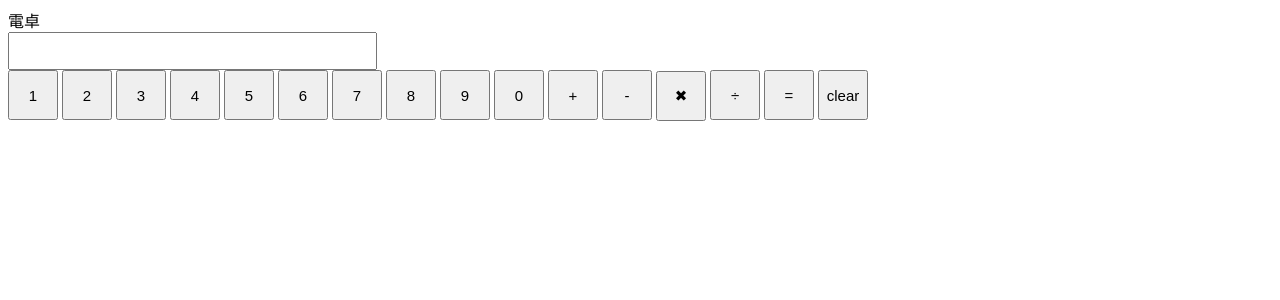
Repository: U-dias/work3
Page: 実践課題(電卓)/index.html
The author's editor kept a record of every edit. The page is drawn from the files as they stood at one moment, then again after the next edit.
The browser window is 1280 px wide. The pictures show the whole page.

Above is the page before.

### 実践課題(電卓)/index.html
<!DOCTYPE html>
 <meta charset="utf-8">
 <html>
  <link rel="stylesheet" href="main.css">
  <body>
 <div>電卓</div>
 <input style="font-size: 28px; text-align: right;"/><br />
 <script>
   function update(_v){
     document.querySelector('input').value = _v
   }
   function append(_v){
     document.querySelector('input').value += _v
   }
   function calc(){
        const v = document.querySelector( 'input' ).value
        try{
        const f = new Function( 'return ' + v )
        update( f().toString() )}
        catch( _error){
          update( _error)
        }
}
 </script>
 <button onclick="append('1')">1</button>
 <button onclick="append('2')">2</button>
 <button onclick="append('3')">3</button>
 <button onclick="append('4')">4</button>
 <button onclick="append('5')">5</button>
 <button onclick="append('6')">6</button>
 <button onclick="append('7')">7</button>
 <button onclick="append('8')">8</button>
 <button onclick="append('9')">9</button>
 <button onclick="append('0')">0</button>

 <button onclick="append('+')">+</button>
 <button onclick="append('-')">-</button>
 <button onclick="append('*')">✖︎</button>
 <button onclick="append('/')">÷</button>

 <button onclick="calc()">=</button>

 <button onclick="update(' ')">clear</button>
 </body></html>

### 実践課題(電卓)/main.css
button {
  width:50px;
  height:50px;
  font-size:15px;
}

After the next edit:
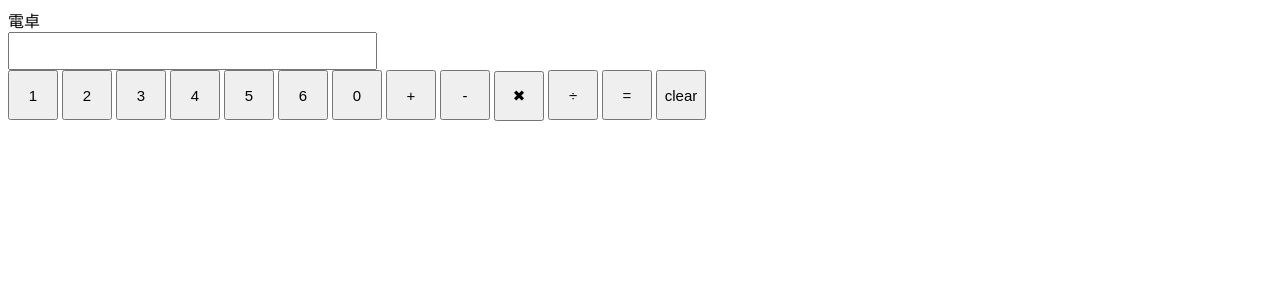
The edit:
--- a/実践課題(電卓)/index.html
+++ b/実践課題(電卓)/index.html
@@ -28,9 +28,6 @@
  <button onclick="append('4')">4</button>
  <button onclick="append('5')">5</button>
  <button onclick="append('6')">6</button>
- <button onclick="append('7')">7</button>
- <button onclick="append('8')">8</button>
- <button onclick="append('9')">9</button>
  <button onclick="append('0')">0</button>
 
  <button onclick="append('+')">+</button>
